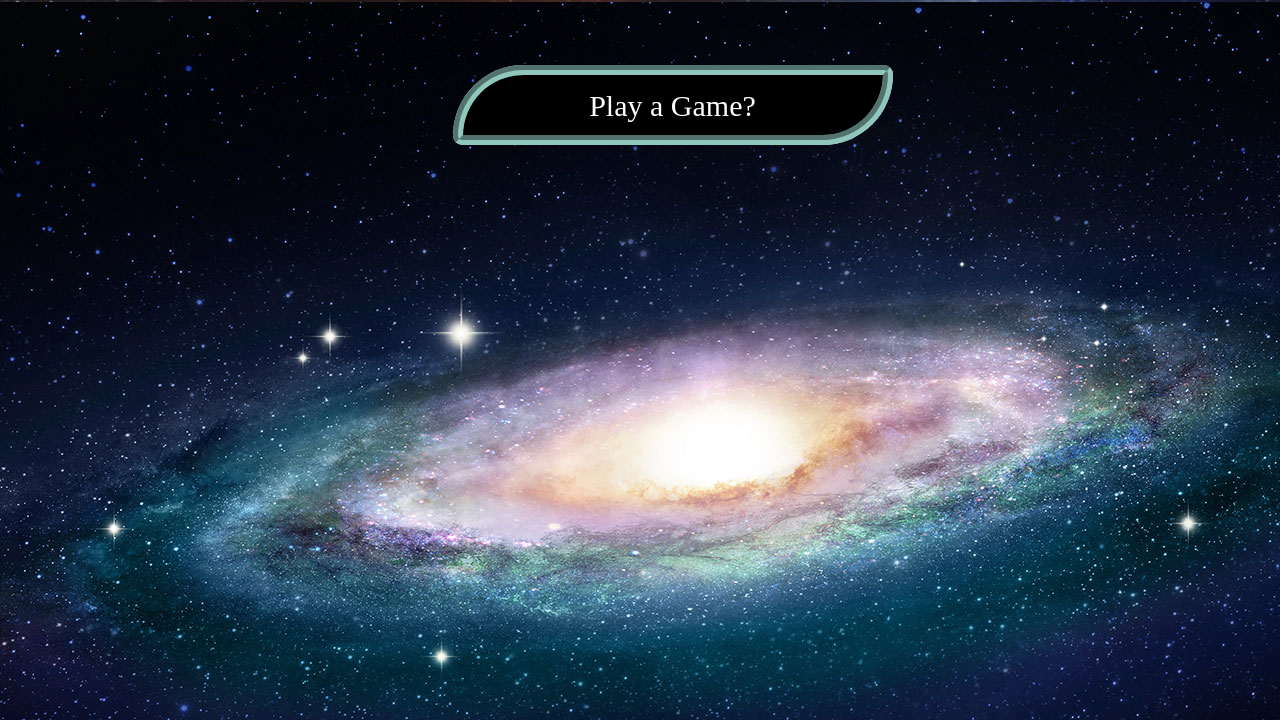
Repository: dsaftler/Trivia
Page: index.html
The author's editor kept a copy of each file at every save. The page is drawn from the files as they stood at one save, then again after the next save.
The browser window is 1280 px wide. The pictures show the whole page.
Some web fonts or font styles are not loaded; a fallback is used.

Above is the page before, as saved 2019-04-13 23:08:58.

After the next save:
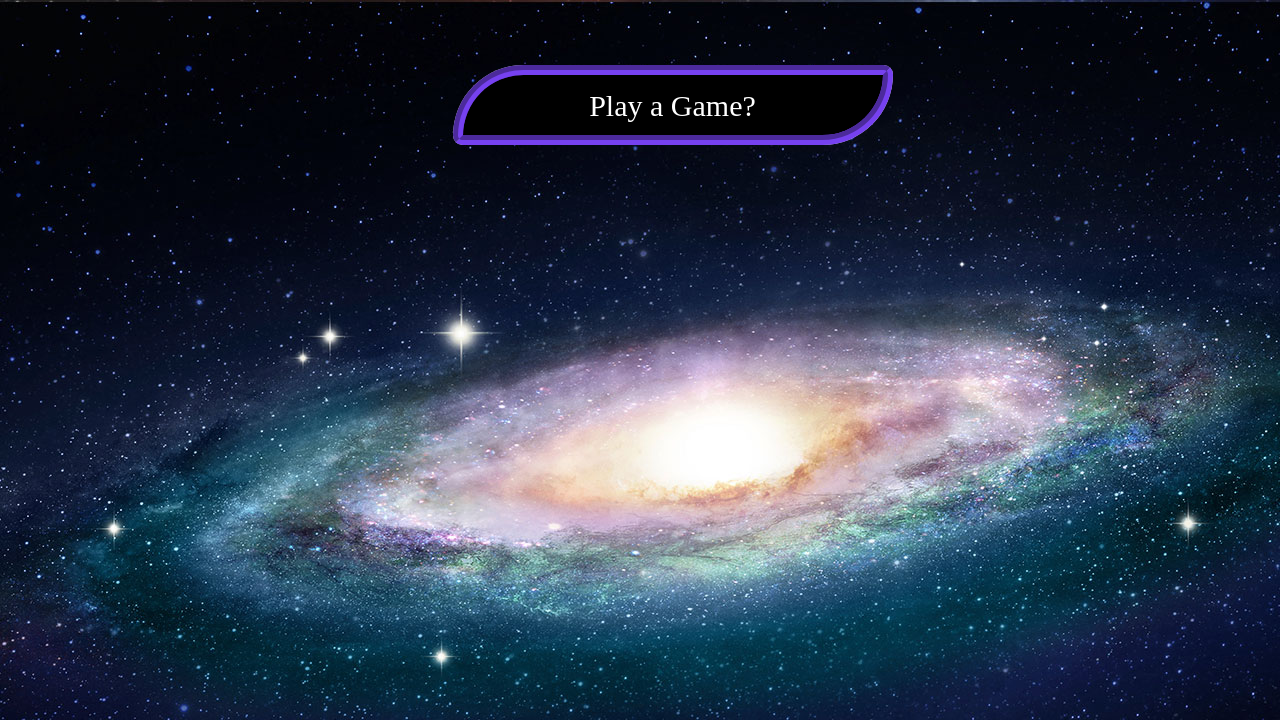
Saved 3 min 3 s later.
--- a/assets/css/style.css
+++ b/assets/css/style.css
@@ -33,7 +33,8 @@ button{
   font-size: 30px;
   padding: 0px;
   background-color:black;
-  border-color: #8fc7bc;
+  /* border-color: #8fc7bc; */
+  border-color: #7641f0;
   border-style: groove;
   border-width: 10px;
   border-radius: 150px 20px;
